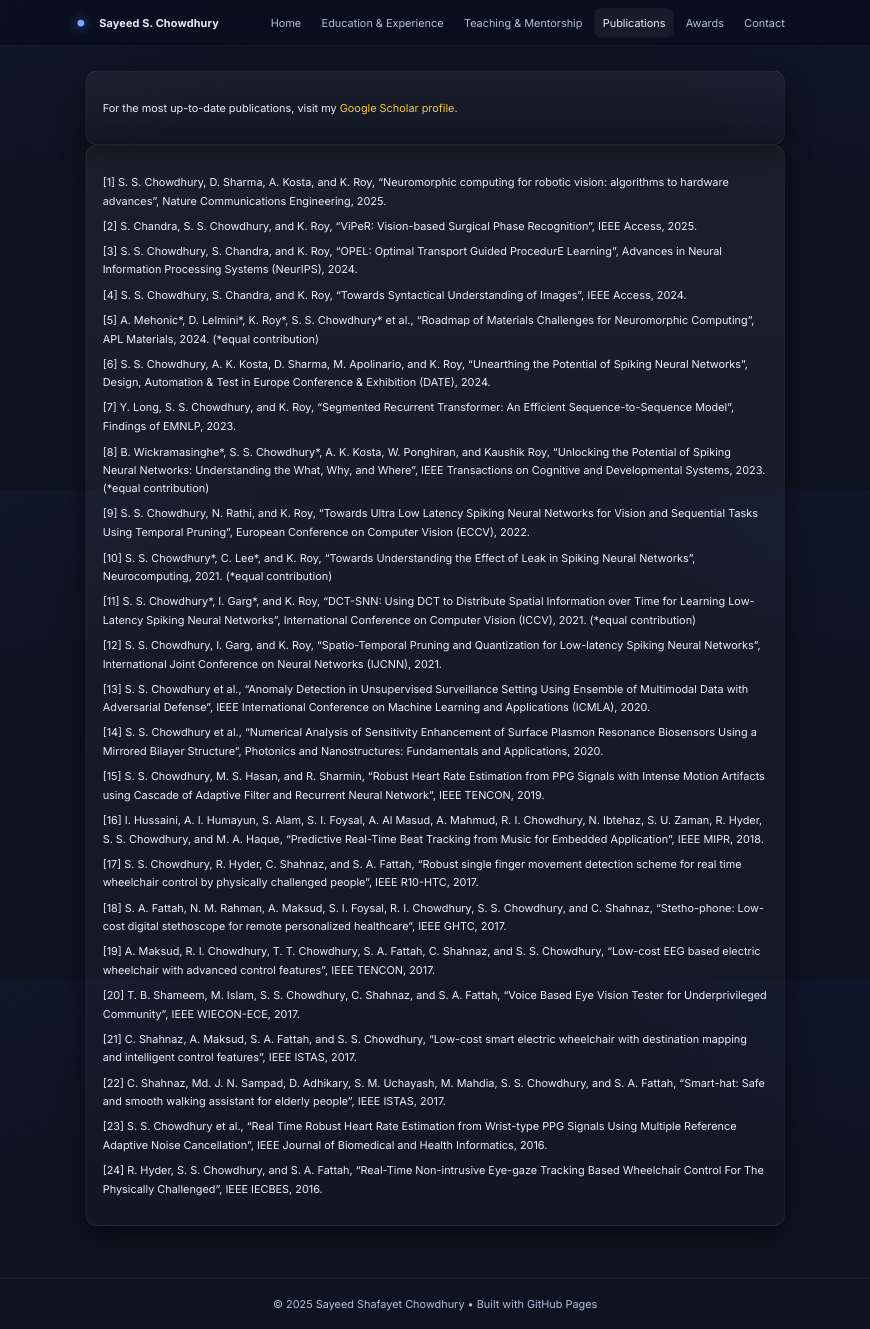
Repository: SayeedChowdhury/SayeedChowdhury.github.io
Page: publications.html
An editor plug-in stored every save of this project. The page is shown before and after the next save, followed by the edit.
The browser window is 1280 px wide. The pictures show the whole page, at 68% of full size.

Above is the page before, as saved 2025-08-11 12:17:07.

After the next save:
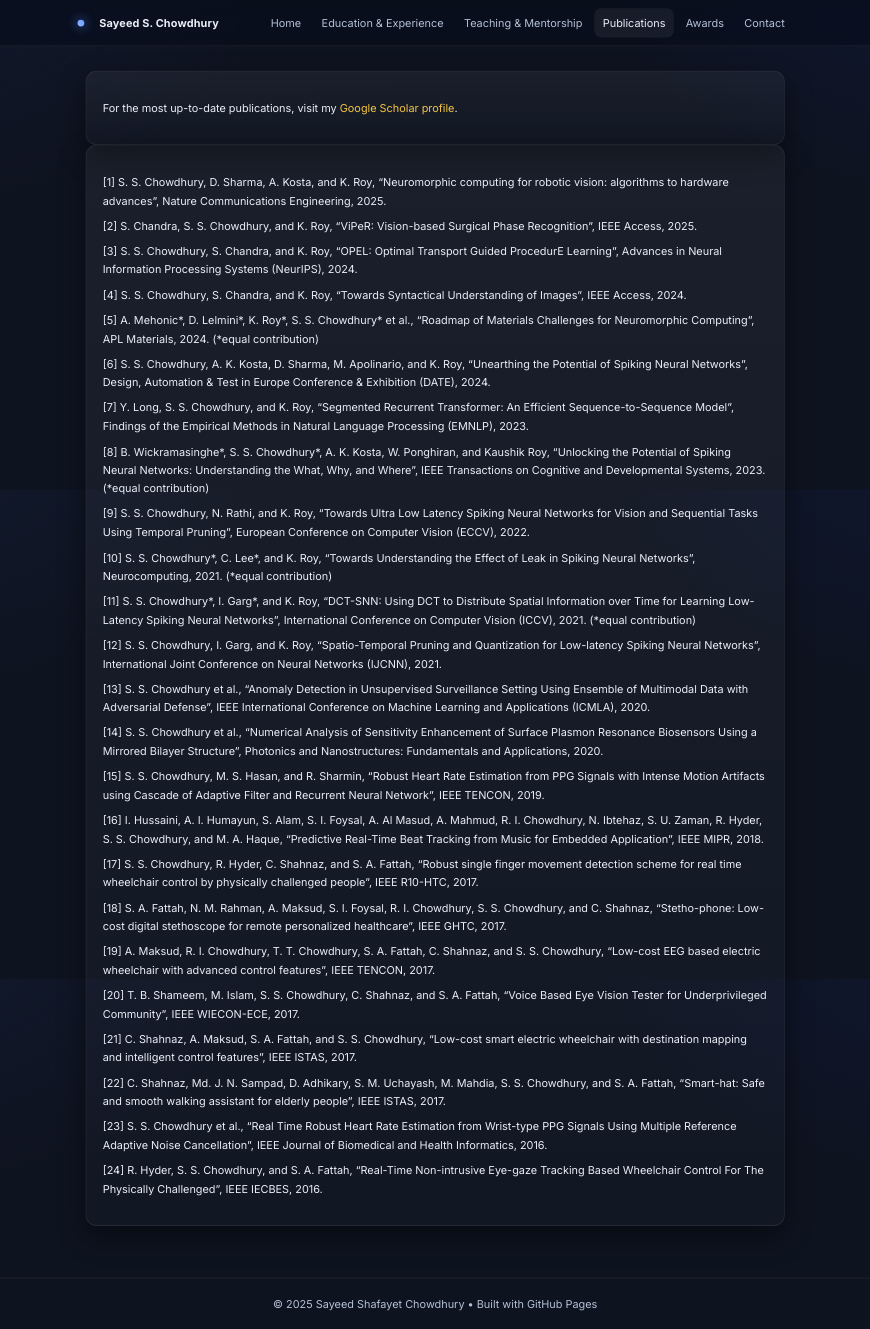
Saved 6 min 12 s later.
--- a/publications.html
+++ b/publications.html
@@ -39,7 +39,7 @@
 <li>[4] S. S. Chowdhury, S. Chandra, and K. Roy, “Towards Syntactical Understanding of Images”, IEEE Access, 2024.</li>
 <li>[5] A. Mehonic*, D. Lelmini*, K. Roy*, S. S. Chowdhury* et al., “Roadmap of Materials Challenges for Neuromorphic Computing”, APL Materials, 2024. (*equal contribution)</li>
 <li>[6] S. S. Chowdhury, A. K. Kosta, D. Sharma, M. Apolinario, and K. Roy, “Unearthing the Potential of Spiking Neural Networks”, Design, Automation & Test in Europe Conference & Exhibition (DATE), 2024.</li>
-<li>[7] Y. Long, S. S. Chowdhury, and K. Roy, “Segmented Recurrent Transformer: An Efficient Sequence-to-Sequence Model”, Findings of EMNLP, 2023.</li>
+<li>[7] Y. Long, S. S. Chowdhury, and K. Roy, “Segmented Recurrent Transformer: An Efficient Sequence-to-Sequence Model”, Findings of the Empirical Methods in Natural Language Processing (EMNLP), 2023.</li>
 <li>[8] B. Wickramasinghe*, S. S. Chowdhury*, A. K. Kosta, W. Ponghiran, and Kaushik Roy, “Unlocking the Potential of Spiking Neural Networks: Understanding the What, Why, and Where”, IEEE Transactions on Cognitive and Developmental Systems, 2023. (*equal contribution)</li>
 <li>[9] S. S. Chowdhury, N. Rathi, and K. Roy, “Towards Ultra Low Latency Spiking Neural Networks for Vision and Sequential Tasks Using Temporal Pruning”, European Conference on Computer Vision (ECCV), 2022.</li>
 <li>[10] S. S. Chowdhury*, C. Lee*, and K. Roy, “Towards Understanding the Effect of Leak in Spiking Neural Networks”, Neurocomputing, 2021. (*equal contribution)</li>
